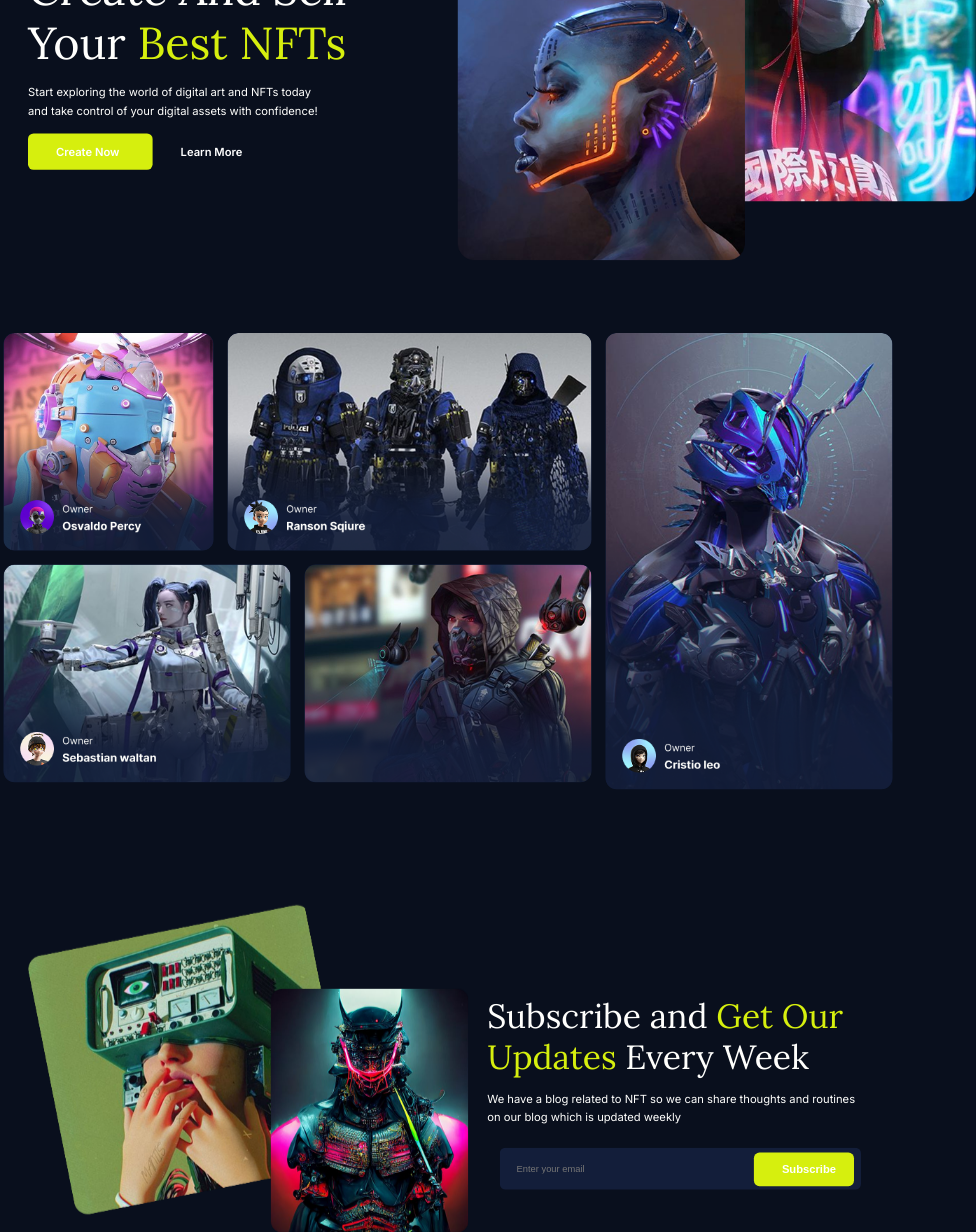
Repository: Kamron5505/NftMarketplace
Page: index.html
These files come from the project's save history. The page is drawn as it stood at one moment and after the next save; the edit follows.
The browser window is 1280 px wide. The page is 1394 px wide, so the pictures cover 1394 px, including what lies to the right of the window. The pictures show the part of the page from y = 1932 to 3692 px (the page is 3692 px tall), at 70% of full size.

Above is the page before, as saved 2025-07-10 00:00:09.

After the next save:
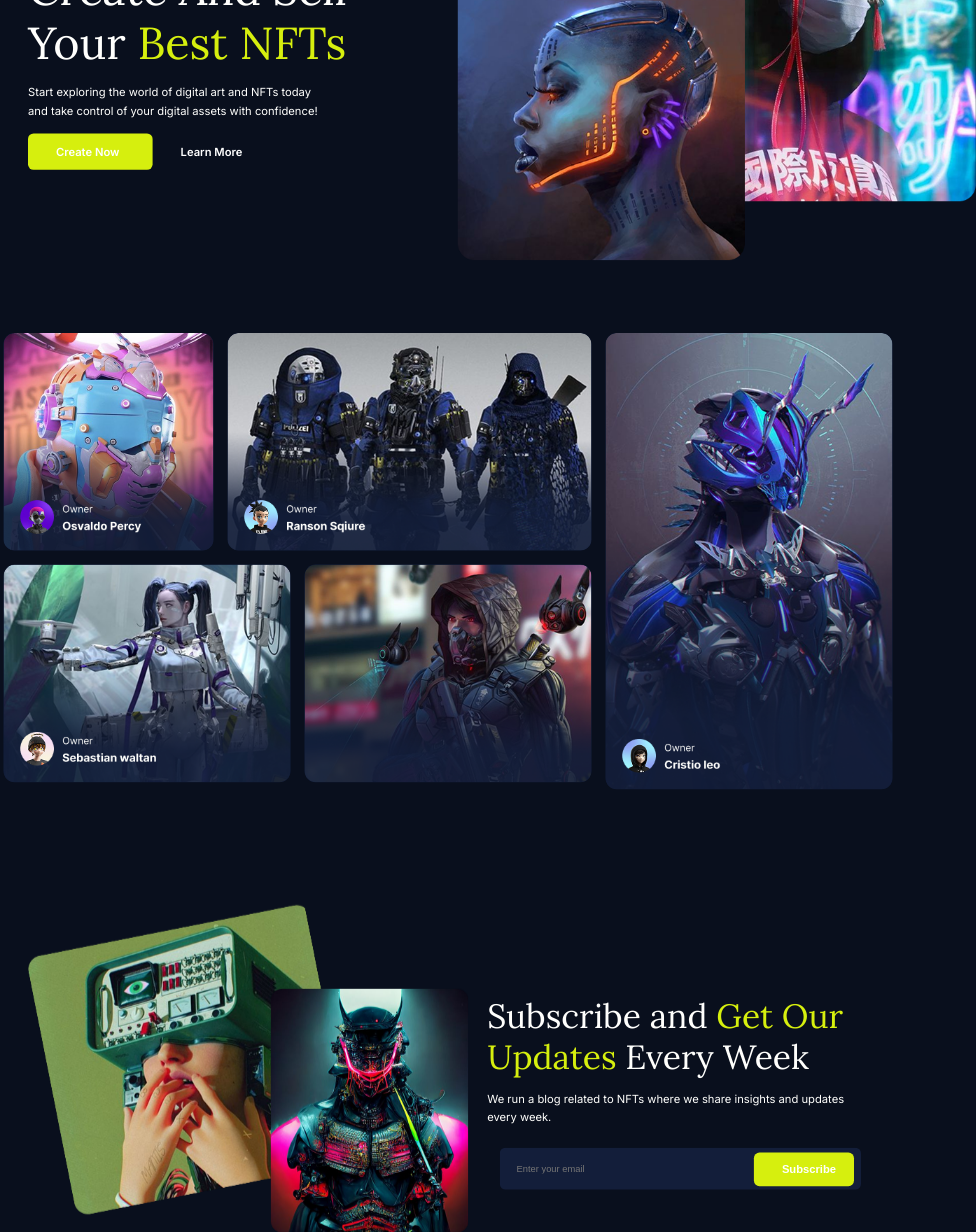
Saved 89 s later.
--- a/index.html
+++ b/index.html
@@ -292,18 +292,17 @@
                                 <img src="./images/robot.png" alt="" class="robot">
                             </div>
                             <div class="subscribe-row__right">
-                                <h2 class="subscribe__title">Subscribe and <span class="highlight">Get Our <br>
-                                        Updates</span> Every Week</h2>
+                                <h2 class="subscribe__title">
+                                    Subscribe and <span class="highlight">Get Our <br> Updates</span> Every Week
+                                </h2>
                                 <p class="description">
-                                    We have a blog related to NFT so we can share thoughts and routines on our blog
-                                    which is updated weekly
+                                    We run a blog related to NFTs where we share insights and updates every week.
                                 </p>
                                 <form class="subscribe-form">
-                                    <input class="subscribe__input " type="email" placeholder="Enter your email"
+                                    <input class="subscribe__input" type="email" placeholder="Enter your email"
                                         required>
-                                    <button class=" subscribe-btn" type="submit">Subscribe</button>
+                                    <button class="subscribe-btn" type="submit">Subscribe</button>
                                 </form>
-
                             </div>
 
                         </div>
